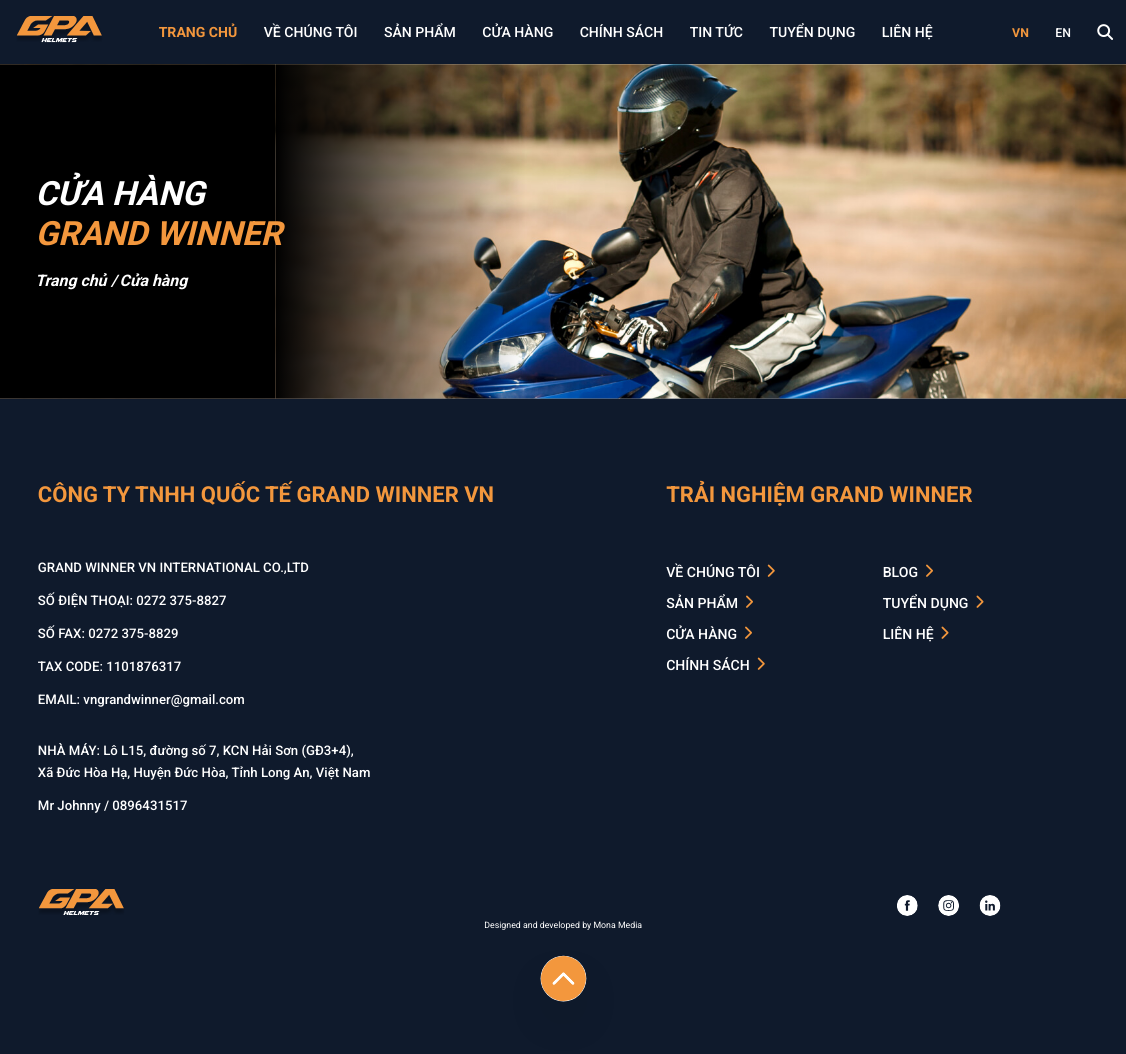
Repository: ThangNguyenT5/GrandWinner
Page: index.html
An editor plug-in stored every save of this project. The page is shown before and after the next save, followed by the edit.
The browser window is 1280 px wide. The pictures show the whole page, at 88% of full size.
Pictures or frames that could not be fetched are drawn as grey boxes. Some web libraries are served in a nearby version.

Above is the page before, as saved 2023-03-28 13:40:55.

After the next save:
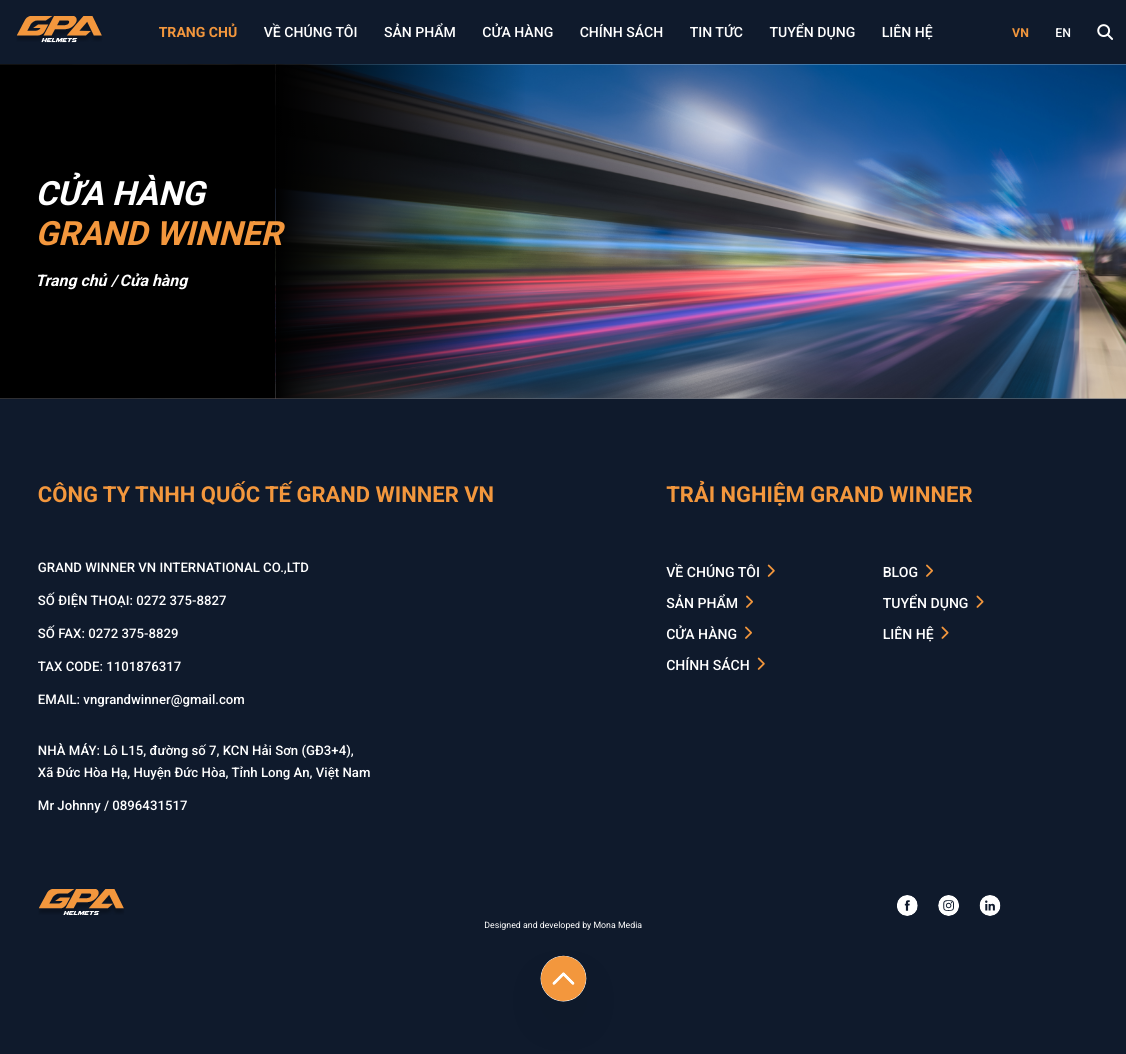
Saved 10 min 7 s later.
--- a/index.html
+++ b/index.html
@@ -117,7 +117,7 @@
     <main>
         <div class="banner-page">
             <div class="banner-page-img">
-                <img src="./assets/images/banner/banner-cuahang.jpg" alt="banner-cuahang">
+                <img src="./assets/images/banner/banner-trangchu.png" alt="banner-cuahang">
             </div>
             <div class="banner-page-content">
                 <div class="container">
